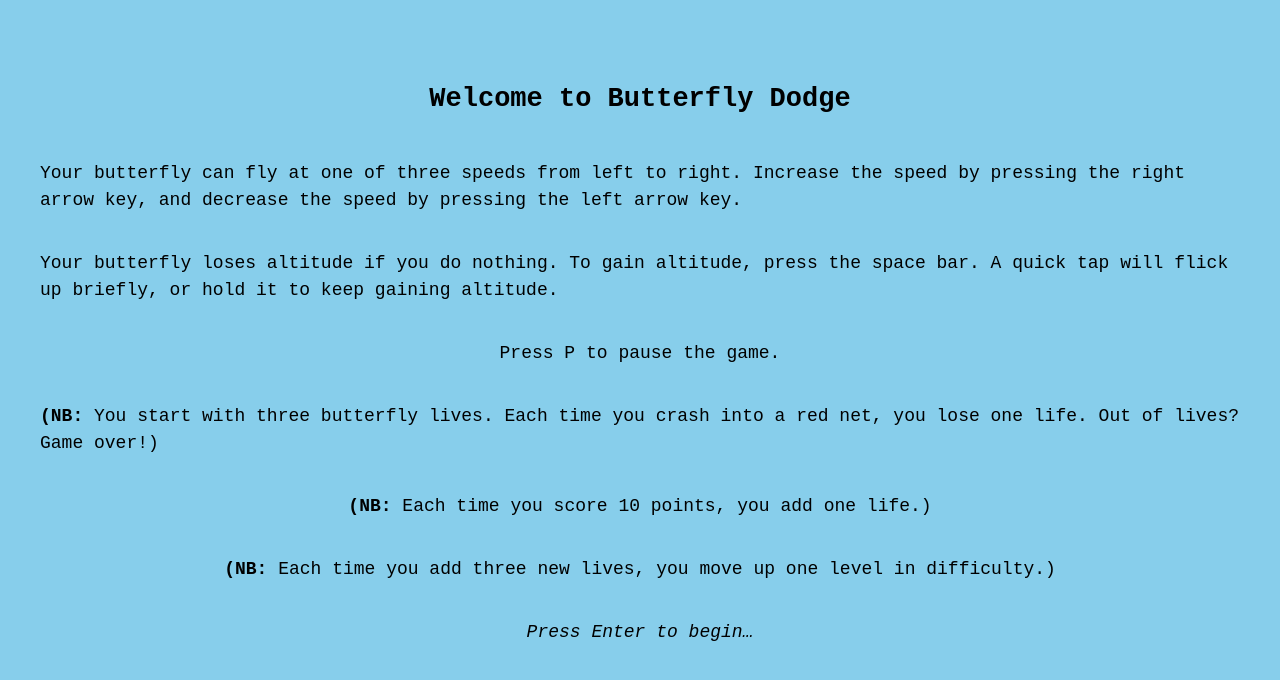
Repository: DeepFriedTurkey441/butterfly_dodge
Page: index.html
These files come from the project's save history. The page is drawn as it stood at one moment and after the next save; the edit follows.
The browser window is 1280 px wide. The pictures show the whole page.

Above is the page before, as saved 2025-08-20 09:29:48.

### index.html
<!DOCTYPE html>
<html lang="en">
<head>
  <meta charset="UTF-8" />
  <meta name="viewport" content="width=device-width, initial-scale=1.0"/>
  <title>Butterfly Dodge</title>
  <link rel="stylesheet" href="style.css" />
</head>
<body>
  <!-- Instructions screen (visible on first load only) -->
  <div id="instructions">
    <h2>Welcome to Butterfly Dodge</h2>
    <p>Your butterfly can fly at one of three speeds from left to right. Increase the speed by pressing the right arrow key, and decrease the speed by pressing the left arrow key.</p>
    <p>Your butterfly loses altitude if you do nothing. To gain altitude, press the space bar. A quick tap will flick up briefly, or hold it to keep gaining altitude.</p>
    <p>Press P to pause the game.</p>
    <p><strong>(NB:</strong> You start with three butterfly lives. Each time you crash into a red net, you lose one life. Out of lives? Game over!)</p>
    <p><strong>(NB:</strong> Each time you score 10 points, you add one life.)</p>
    <p><strong>(NB:</strong> Each time you add three new lives, you move up one level in difficulty.)</p>
    <p><em>Press Enter to begin…</em></p>
  </div>

  <!-- Game UI (hidden until game starts) -->
  <div id="game-area" hidden>
    <div id="hud">
      <span id="score">Score: 0</span>   <span id="lives">Lives: 3</span>   <span id="level">Level: 1</span>
    </div>
    <div id="game-over" hidden>
      <p>Game Over!</p>
      <p>Play again? (Y/N)</p>
    </div>
    <div id="pause-message" hidden>Game Paused</div>
    <div id="butterfly"></div>
  </div>

  <script src="script.js"></script>
</body>
</html>

### style.css
body {
  margin: 0;
  overflow: hidden;
  background-color: skyblue;
  font-family: monospace;
  color: black;
}

#instructions {
  position: absolute;
  top: 0;
  left: 0;
  width: 100vw;
  height: 100vh;
  background-color: skyblue;
  color: black;
  font-family: monospace;
  font-size: 18px;
  display: flex;
  flex-direction: column;
  justify-content: center;
  align-items: center;
  padding: 40px;
  box-sizing: border-box;
  text-align: left;
  line-height: 1.5;
}

#game-area {
  position: relative;
  width: 100vw;
  height: 100vh;
}

#butterfly {
  position: absolute;
  font-size: 24px;
  left: 0;
  top: 50%;
}

.flower {
  position: absolute;
  font-size: 30px;
  pointer-events: none;
}

.net {
  position: absolute;
  width: 80px;
  height: 80px;
  font-size: 32px;
  color: red;
  content: 'X';
}

/* HUD container to keep all labels on one line with fixed spaces */
#hud {
  position: absolute;
  top: 10px;
  left: 10px;
  right: 10px;
  font-size: 20px;
  white-space: pre; /* preserve spaces between spans */
}

#game-over {
  position: absolute;
  top: 40%;
  width: 100%;
  text-align: center;
  font-size: 24px;
}

#pause-message {
  position: absolute;
  top: 45%;
  width: 100%;
  text-align: center;
  font-size: 24px;
  color: black;
}

/* ✅ New rule to force-hide instructions when hidden */
#instructions[hidden] {
  display: none !important;
}

### script.js
// DOM refs
const butterfly = document.getElementById('butterfly');
const scoreBox = document.getElementById('score');
const livesBox = document.getElementById('lives');
const levelBox = document.getElementById('level');
const gameOverBox = document.getElementById('game-over');
const pauseBox = document.getElementById('pause-message');
const instructionsBox = document.getElementById('instructions');
const gameArea = document.getElementById('game-area');

// Game control flags
let gameStarted = false;
let running = false;

// Net parameters
const NUM_NETS = 6;
const BASE_NET_SPEED = 1;
const MAX_NET_SPEED = 8;
const SPEED_INCREMENT = (MAX_NET_SPEED - BASE_NET_SPEED) / (NUM_NETS - 1);

// Net SVG
const svgMarkup = `
  <svg viewBox="0 0 100 100" xmlns="http://www.w3.org/2000/svg">
    <path d="M50 25 L50 75 M25 50 L75 50" stroke="red" stroke-width="4"/>
    <path d="M32.5 32.5 L67.5 67.5 M67.5 32.5 L32.5 67.5" stroke="red" stroke-width="4"/>
    <circle cx="50" cy="50" r="25" stroke="red" stroke-width="4" fill="none"/>
  </svg>
`;

// Nets array (will be populated later)
const nets = [];

// Flowers
const flowers = [];
let score = 0;
let lives = 3;
let level = 1;

// Progression rules
const MAX_LIVES_BEFORE_LEVEL = 5; // when lives reaches 5 → level up, lives reset to 3

// Butterfly state & physics
const SPEED_LEVELS = [1, 3, 6];
let speedIndex = 0;
let speed = SPEED_LEVELS[0];
let bx = 0;
let by = window.innerHeight / 2;
let dy = 0;
let paused = false;
let gameOver = false;
let spacePressed = false;
const GRAVITY = 0.2;
const MAX_FALL_SPEED = 5;
const MAX_RISE_SPEED = -5;

// Collision cooldown to prevent multiple life losses in one overlap
const HIT_COOLDOWN_MS = 800;
let lastHitAt = 0;

// Wing animation
let flapInt = null;
let singleFlap = null;
let wingsUp = false;

function stopFlap() {
  clearInterval(flapInt);
  clearTimeout(singleFlap);
  flapInt = singleFlap = null;
}

// Input handlers
document.addEventListener('keydown', e => {
  // Instructions screen startup
  if (!gameStarted && e.key === 'Enter') {
    instructionsBox.hidden = true;
    instructionsBox.style.display = 'none'; // Safety net
    gameArea.hidden = false;
    gameStarted = true;
    startGame();
    return;
  }

  if (gameOver) {
    if (e.key.toLowerCase() === 'y') restartGame();
    return;
  }

  switch (e.key) {
    case 'ArrowRight':
      speedIndex = Math.min(SPEED_LEVELS.length - 1, speedIndex + 1);
      speed = SPEED_LEVELS[speedIndex];
      break;
    case 'ArrowLeft':
      speedIndex = Math.max(0, speedIndex - 1);
      speed = SPEED_LEVELS[speedIndex];
      break;
    case ' ':
      if (!spacePressed) {
        spacePressed = true;
        dy = Math.max(MAX_RISE_SPEED, dy - 2.5);
        butterfly.textContent = '/\\';
        wingsUp = true;
        singleFlap = setTimeout(() => {
          butterfly.textContent = '\\/';
          wingsUp = false;
        }, 200);
      }
      if (!flapInt) {
        flapInt = setInterval(() => {
          butterfly.textContent = wingsUp ? '\\/' : '/\\';
          wingsUp = !wingsUp;
        }, 200);
      }
      break;
    case 'p':
      paused = !paused;
      pauseBox.hidden = !paused;
      break;
    case 'q':
      running = false;
      gameOver = true;
      gameOverBox.hidden = false;
      pauseBox.hidden = true;
      stopFlap();
      break;
  }
});

document.addEventListener('keyup', e => {
  if (e.key === ' ') {
    spacePressed = false;
    stopFlap();
    butterfly.textContent = '\\/';
    wingsUp = false;
  }
});

// Collision detection
function isColliding(a, b) {
  const r1 = a.getBoundingClientRect();
  const r2 = b.getBoundingClientRect();
  return !(r1.right < r2.left ||
           r1.left > r2.right ||
           r1.bottom < r2.top ||
           r1.top > r2.bottom);
}

// Flower behavior
function spawnFlowers() {
  const w = window.innerWidth * 0.75;
  const h = window.innerHeight * 0.75;
  const x0 = (window.innerWidth - w) / 2;
  const y0 = (window.innerHeight - h) / 2;
  for (let i = 0; i < 4; i++) {
    const f = document.createElement('div');
    f.className = 'flower';
    f.innerText = '🌸';
    f.style.left = `${x0 + Math.random() * w}px`;
    f.style.top = `${y0 + Math.random() * h}px`;
    document.body.appendChild(f);
    flowers.push(f);
  }
}

function checkFlowers() {
  flowers.forEach((f, i) => {
    if (f && isColliding(butterfly, f)) {
      // Flowers add to score
      score++;
      // When score hits 11 exactly: +1 life and reset score to 0
      if (score >= 11) {
        lives += 1;
        score = 0;
        if (lives >= MAX_LIVES_BEFORE_LEVEL) {
          level++;
          lives = 3;
        }
      }
      updateHUD();
      f.remove();
      flowers[i] = null;

      const w = window.innerWidth * 0.75;
      const h = window.innerHeight * 0.75;
      const x0 = (window.innerWidth - w) / 2;
      const y0 = (window.innerHeight - h) / 2;
      const newFlower = document.createElement('div');
      newFlower.className = 'flower';
      newFlower.innerText = '🌸';
      newFlower.style.left = `${x0 + Math.random() * w}px`;
      newFlower.style.top = `${y0 + Math.random() * h}px`;
      document.body.appendChild(newFlower);
      flowers[i] = newFlower;
    }
  });
}

function updateHUD() {
  scoreBox.innerText = `Score: ${score}`;
  livesBox.innerText = `Lives: ${lives}`;
  levelBox.innerText = `Level: ${level}`;
}

// Main loop
function gameLoop() {
  if (!running) return;
  if (!paused) {
    bx += speed;
    if (bx > window.innerWidth) bx = -50;

    dy = spacePressed
      ? Math.max(MAX_RISE_SPEED, dy - 0.5)
      : Math.min(MAX_FALL_SPEED, dy + GRAVITY);

    by = Math.max(0, Math.min(window.innerHeight - 30, by + dy));
    butterfly.style.left = bx + 'px';
    butterfly.style.top = by + 'px';

    checkFlowers();

    nets.forEach(n => {
      n.y += n.speedY * n.dir;
      if (n.y < 50 || n.y > window.innerHeight - 130) n.dir *= -1;
      n.el.style.top = `${n.y}px`;

      const b = butterfly.getBoundingClientRect();
      const m = n.el.getBoundingClientRect();
      const cx = b.left + b.width / 2;
      const cy = b.top + b.height / 2;
      const nx = m.left + m.width / 2;
      const ny = m.top + m.height / 2;
      const r = m.width / 2 * 0.9;
      const dx = cx - nx;
      const dy2 = cy - ny;
      if (dx * dx + dy2 * dy2 < r * r && !gameOver) {
        const now = Date.now();
        if (now - lastHitAt > HIT_COOLDOWN_MS) {
          lastHitAt = now;
          lives -= 1;
          if (lives >= MAX_LIVES_BEFORE_LEVEL) {
            // Future-proof: if lives were increased elsewhere and reached threshold
            level++;
            lives = 3;
          }
          if (lives <= 0) {
            running = false;
            gameOver = true;
            gameOverBox.hidden = false;
            pauseBox.hidden = true;
            stopFlap();
          } else {
            // Update HUD and give the player a fresh position to avoid immediate re-collision
            updateHUD();
            bx = 0;
            by = window.innerHeight / 2;
            dy = 0;
            butterfly.style.left = bx + 'px';
            butterfly.style.top = by + 'px';
          }
        }
      }
    });
  }
  requestAnimationFrame(gameLoop);
}

// Game start logic (includes net creation now)
function startGame() {
  // Clear old nets
  nets.forEach(n => n.el.remove());
  nets.length = 0;

  // Create fresh nets
  for (let i = 0; i < NUM_NETS; i++) {
    const div = document.createElement('div');
    div.className = 'net';
    const cx = (i + 1) * window.innerWidth / (NUM_NETS + 1);
    div.style.left = `${cx - 40}px`;
    div.style.top = `${window.innerHeight * 0.25}px`;
    div.innerHTML = svgMarkup;
    document.body.appendChild(div);

    let speedY = BASE_NET_SPEED + i * SPEED_INCREMENT;
    if (i >= NUM_NETS - 3) speedY *= 0.7;
    nets.push({ el: div, y: window.innerHeight * 0.25, dir: 1, speedY });
  }

  // Reset butterfly physics
  bx = 0;
  by = window.innerHeight / 2;
  dy = 0;
  speedIndex = 0;
  speed = SPEED_LEVELS[0];
  paused = false;
  running = true;
  gameOver = false;
  spacePressed = false;
  gameStarted = true;

  // Reset butterfly state
  butterfly.style.left = bx + 'px';
  butterfly.style.top = by + 'px';
  butterfly.textContent = '\\/';
  wingsUp = false;

  // Reset score
  score = 0;
  lives = 3;
  level = 1;
  updateHUD();

  // Clear and respawn flowers
  flowers.forEach(f => f && f.remove());
  flowers.length = 0;
  spawnFlowers();

  // Hide messages
  gameOverBox.hidden = true;
  pauseBox.hidden = true;

  // Begin game loop
  requestAnimationFrame(gameLoop);
}

function restartGame() {
  startGame();
}

After the next save:
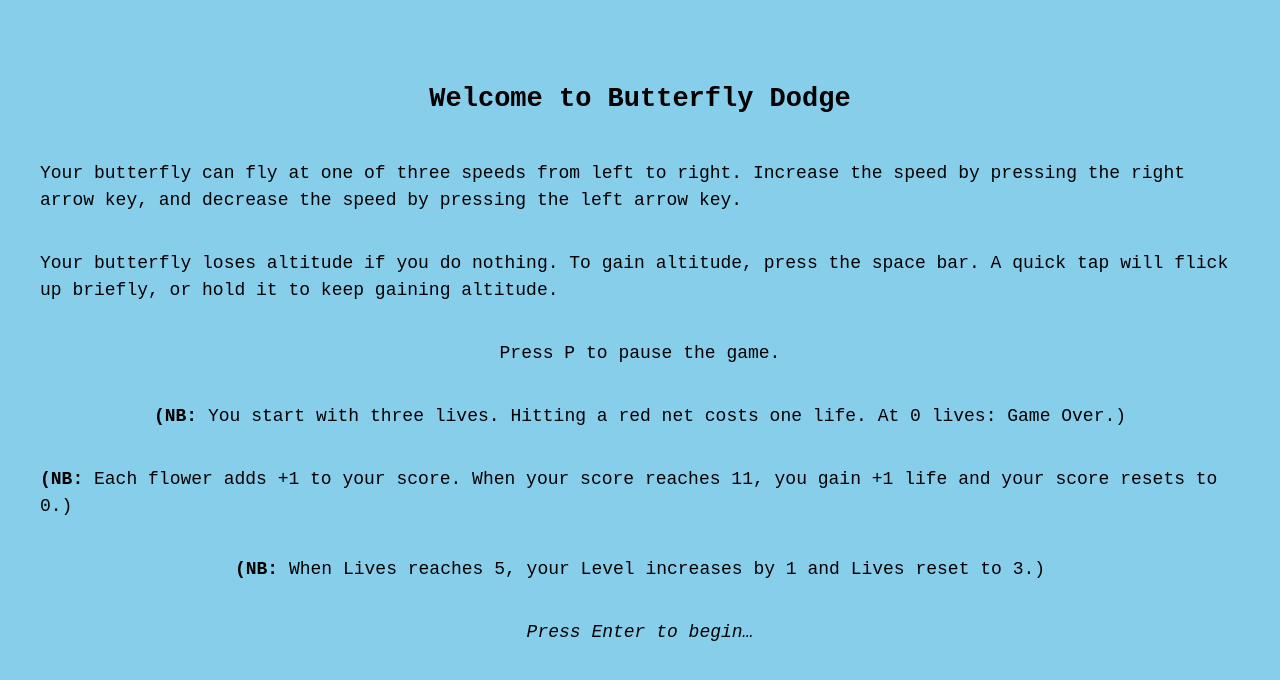
Saved 5 min 48 s later.
--- a/index.html
+++ b/index.html
@@ -13,9 +13,9 @@
     <p>Your butterfly can fly at one of three speeds from left to right. Increase the speed by pressing the right arrow key, and decrease the speed by pressing the left arrow key.</p>
     <p>Your butterfly loses altitude if you do nothing. To gain altitude, press the space bar. A quick tap will flick up briefly, or hold it to keep gaining altitude.</p>
     <p>Press P to pause the game.</p>
-    <p><strong>(NB:</strong> You start with three butterfly lives. Each time you crash into a red net, you lose one life. Out of lives? Game over!)</p>
-    <p><strong>(NB:</strong> Each time you score 10 points, you add one life.)</p>
-    <p><strong>(NB:</strong> Each time you add three new lives, you move up one level in difficulty.)</p>
+    <p><strong>(NB:</strong> You start with three lives. Hitting a red net costs one life. At 0 lives: Game Over.)</p>
+    <p><strong>(NB:</strong> Each flower adds +1 to your score. When your score reaches 11, you gain +1 life and your score resets to 0.)</p>
+    <p><strong>(NB:</strong> When Lives reaches 5, your Level increases by 1 and Lives reset to 3.)</p>
     <p><em>Press Enter to begin…</em></p>
   </div>
 
